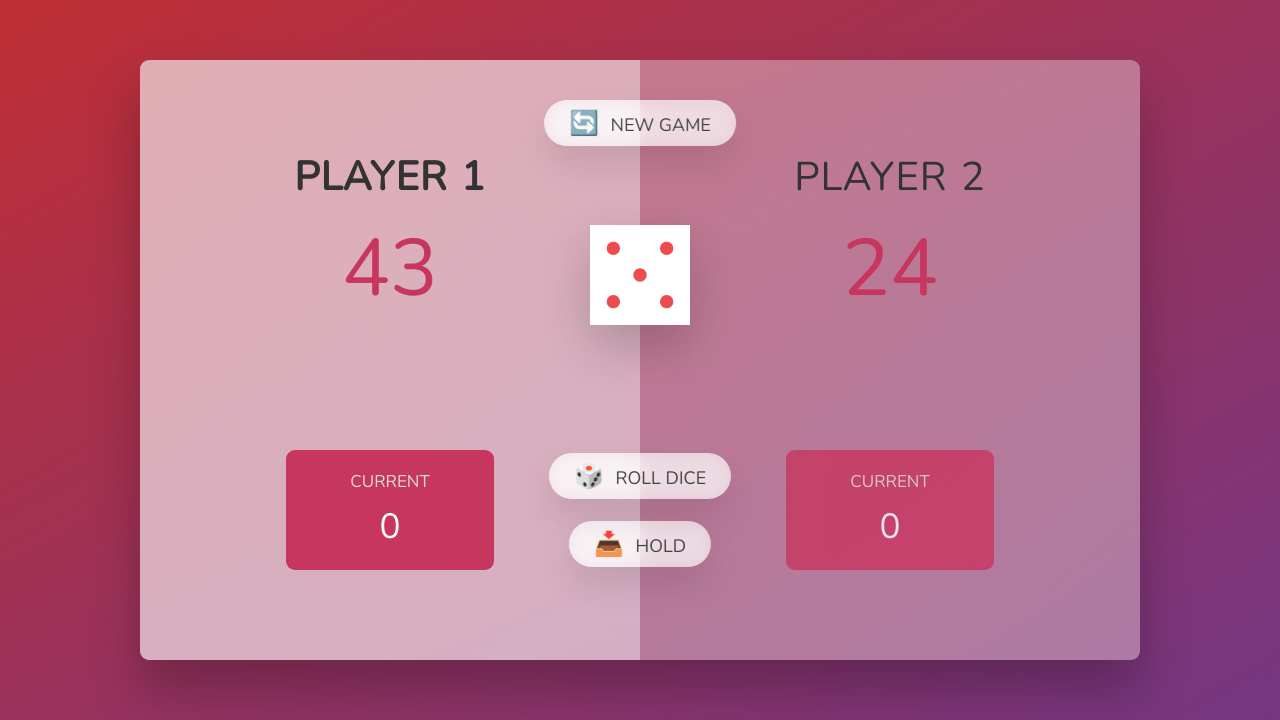
Repository: AbanoubSamyTawfek2002/pig-game
Page: index.html
These files come from the project's save history. The page is drawn as it stood at one moment and after the next save; the edit follows.
The browser window is 1280 px wide. The pictures show the whole page.

Above is the page before, as saved 2025-09-26 01:06:40.

After the next save:
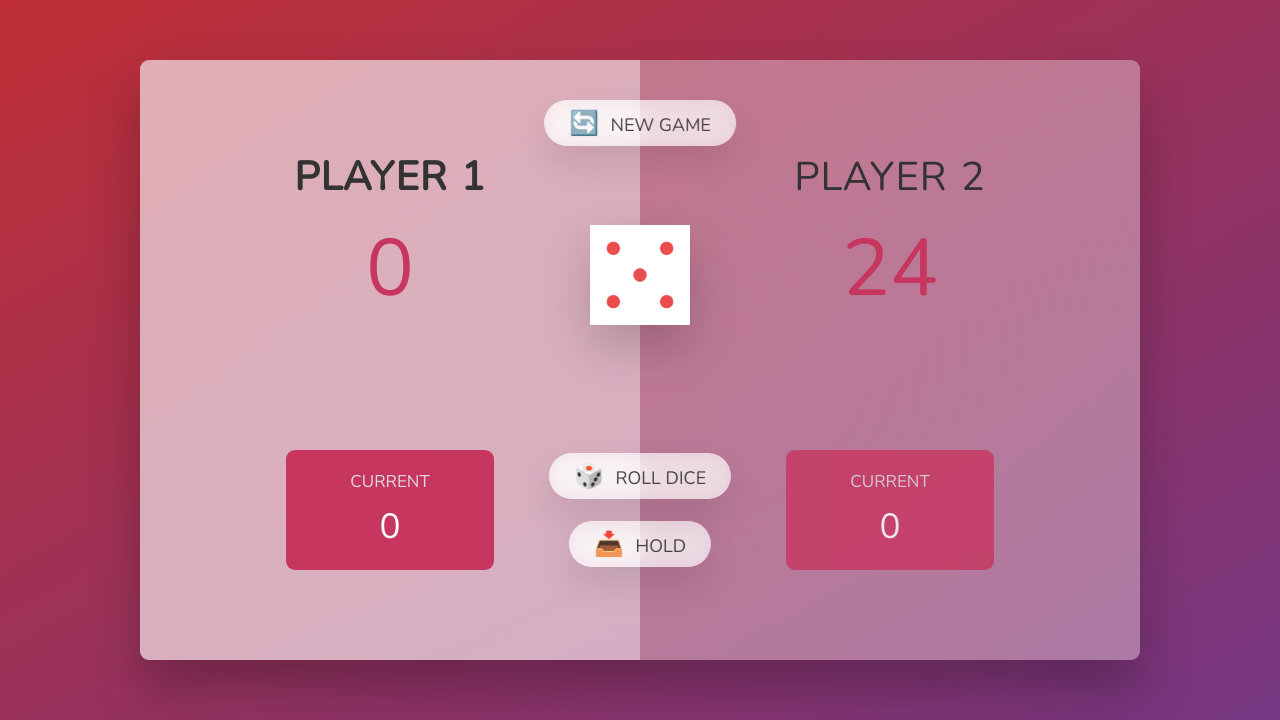
Saved 21 s later.
--- a/script.js
+++ b/script.js
@@ -1,3 +1,3 @@
 'use strict';
 
-document.getElementById('score--0');
+document.getElementById('score--0').textContent = 0;
